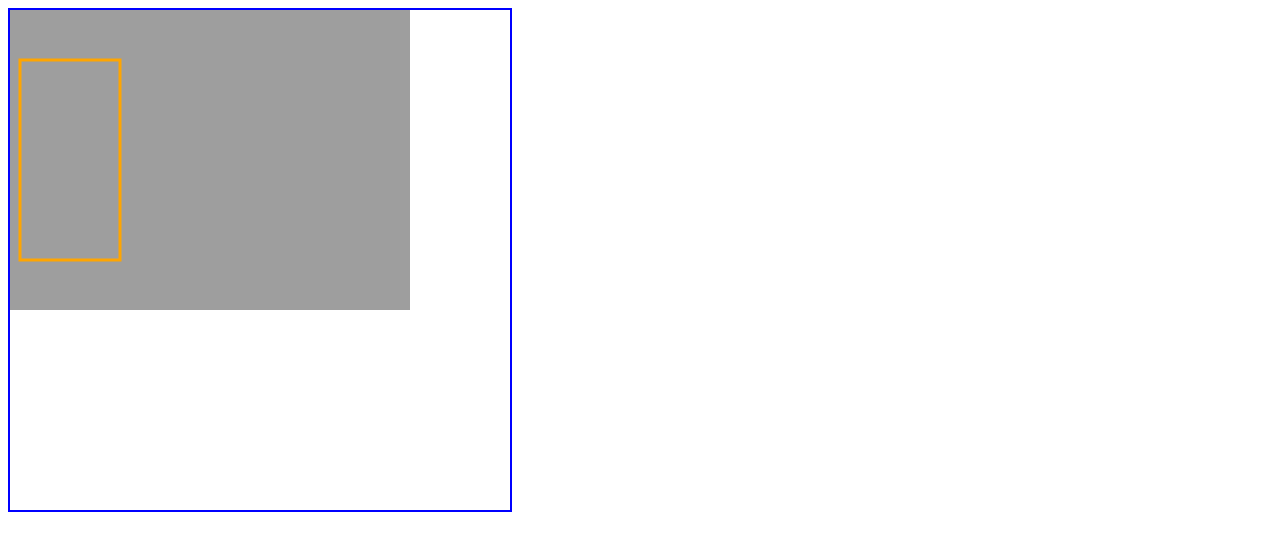
Repository: Backcoder-June/AI_Platform
Page: naverai/src/main/resources/static/cameratest.html
An editor plug-in stored every save of this project. The page is shown before and after the next save, followed by the edit.
The browser window is 1280 px wide. The pictures show the whole page.

Above is the page before, as saved 2022-09-02 07:11:14.

### naverai/src/main/resources/static/cameratest.html
<!DOCTYPE html>
<html>
<head>
<meta charset="UTF-8">
<title>Insert title here</title>

<script src="js/jquery-3.6.0.min.js"></script>
<script>
$(document).ready(function(){
	var mycanvas = $("#mycanvas")[0];
	var pencil = mycanvas.getContext("2d");

	var myimage = new Image();
	myimage.src = "http://localhost:8083/naverai/yuna1.png";
	myimage.onload = function(){
		pencil.drawImage(myimage,0,0,myimage.width, myimage.height);
		pencil.lineWidth = 3;
		pencil.strokeStyle = "orange";
		pencil.strokeRect(10,50,100,200);
	}


});//ready

</script>


</head>
<body>

<canvas id="mycanvas" width=500 height=500 style="border:2px solid blue">
</canvas>


</body>
</html>

Loaded but not shown: naverai/src/main/resources/static/js/jquery-3.6.0.min.js (library)

After the next save:
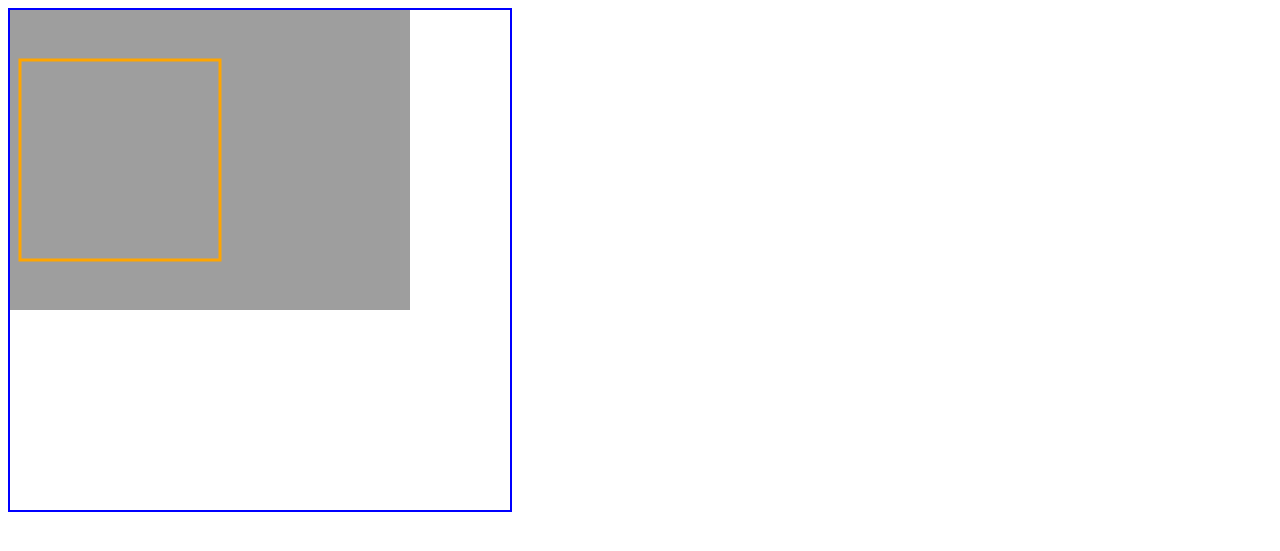
Saved 26 s later.
--- a/naverai/src/main/resources/static/cameratest.html
+++ b/naverai/src/main/resources/static/cameratest.html
@@ -16,7 +16,7 @@ $(document).ready(function(){
 		pencil.drawImage(myimage,0,0,myimage.width, myimage.height);
 		pencil.lineWidth = 3;
 		pencil.strokeStyle = "orange";
-		pencil.strokeRect(10,50,100,200);
+		pencil.strokeRect(10,50,200,200);
 	}
 
 
